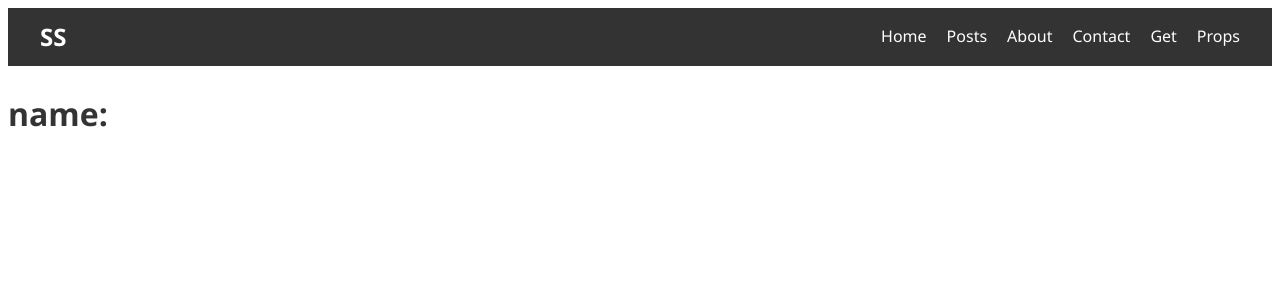
Repository: sshaiv/react_learn
Page: /Props
These files come from the project's save history. The page is drawn as it stood at one moment and after the next save; the edit follows.
The browser window is 1280 px wide. The pictures show the whole page.
The project was rebuilt for these pictures with package versions that can differ from the ones it lists, and the page was loaded fresh each time. Also part of the build but not shown: src/components/Home.js, src/components/About.js, src/components/Contact.js, src/utils/data.js, src/components/Posts.js, src/components/PostDetails.js, src/components/Get.js, src/components/Users.js.

Above is the page before, as saved 2024-07-06 18:23:26.

After the next save:
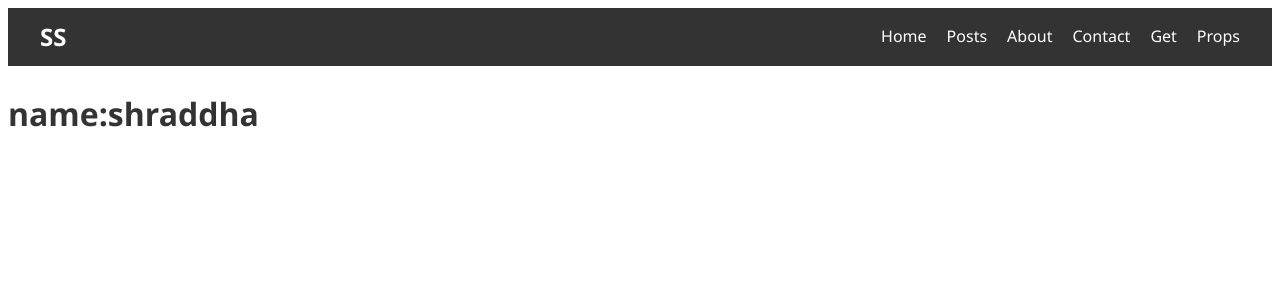
Saved 4 s later.
--- a/src/components/Props.js
+++ b/src/components/Props.js
@@ -3,7 +3,7 @@ import React from 'react'
 function Props (props){
 
     return(
-<div><h1>name:{name}</h1></div>
+<div><h1>name:{props.name}</h1></div>
     );
 
 
